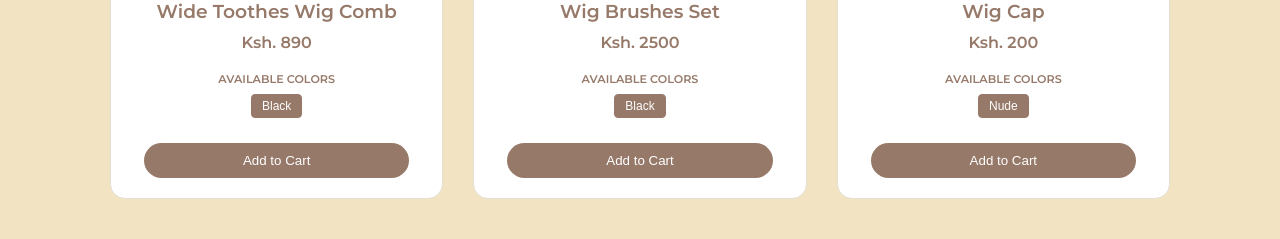
Repository: ndirituart/Portfolio
Page: products/hairessentials.html
An editor plug-in stored every save of this project. The page is shown before and after a run of saves, followed by the edit.
The browser window is 1280 px wide. The pictures show the part of the page from y = 1800 to 2325 px (the page is 2039 px tall before and 2325 px after).
Some web fonts or font styles are not loaded; a fallback is used.

Above is the page before, as saved 2026-02-13 17:40:49.

After the next 3 saves:
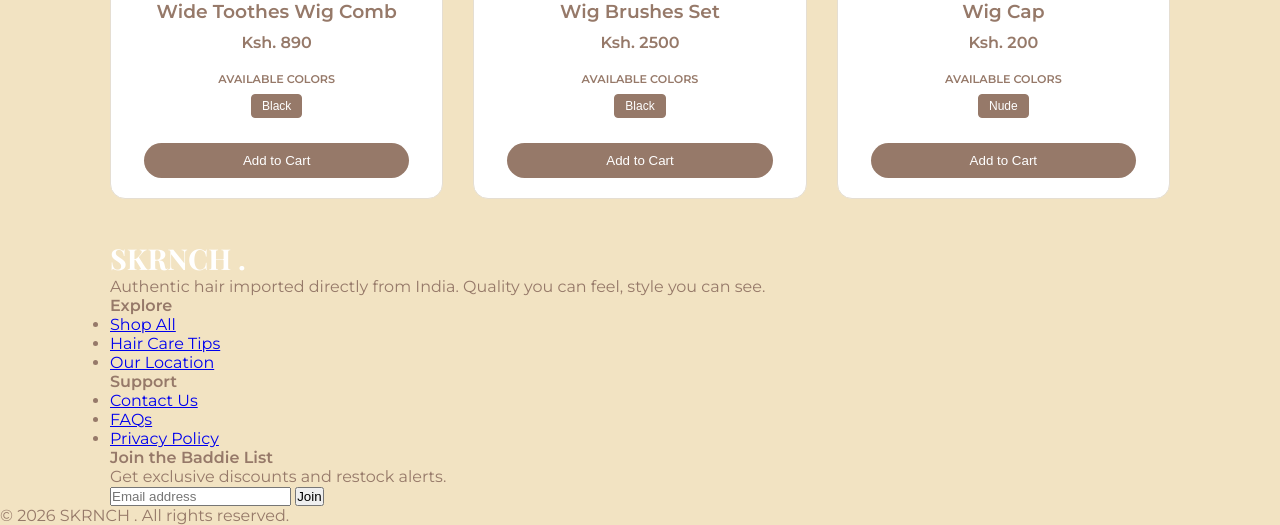
The 3 saves are shown as one change because they came seconds apart.
The last was saved 53 s later.
--- a/products/hairessentials.html
+++ b/products/hairessentials.html
@@ -66,9 +66,43 @@
         </div>
     </main>
 </div>
-
-
 </body>
+
+ <footer class="main-footer">
+        <div class="container footer-grid">
+            <div class="footer-brand">
+                <div class="logo" style="color: white;">SKRNCH <span>.</span></div>
+                <p>Authentic hair imported directly from India. Quality you can feel, style you can see.</p>
+            </div>
+            <div class="footer-links">
+                <h4>Explore</h4>
+                <ul>
+                    <li><a href="shop.html">Shop All</a></li>
+                    <li><a href="tips.html">Hair Care Tips</a></li>
+                    <li><a href="location.html">Our Location</a></li>
+                </ul>
+            </div>
+            <div class="footer-links">
+                <h4>Support</h4>
+                <ul>
+                    <li><a href="contact.html">Contact Us</a></li>
+                    <li><a href="faqs.html">FAQs</a></li>
+                    <li><a href="privacy.html">Privacy Policy</a></li>
+                </ul>
+            </div>
+            <div class="footer-contact">
+                <h4>Join the Baddie List</h4>
+                <p>Get exclusive discounts and restock alerts.</p>
+                <div class="input-group">
+                    <input type="email" placeholder="Email address">
+                    <button>Join</button>
+                </div>
+            </div>
+        </div>
+        <div class="footer-bottom">
+            <p>&copy; 2026 SKRNCH . All rights reserved.</p>
+        </div>
+    </footer>
 </html>
 
 
